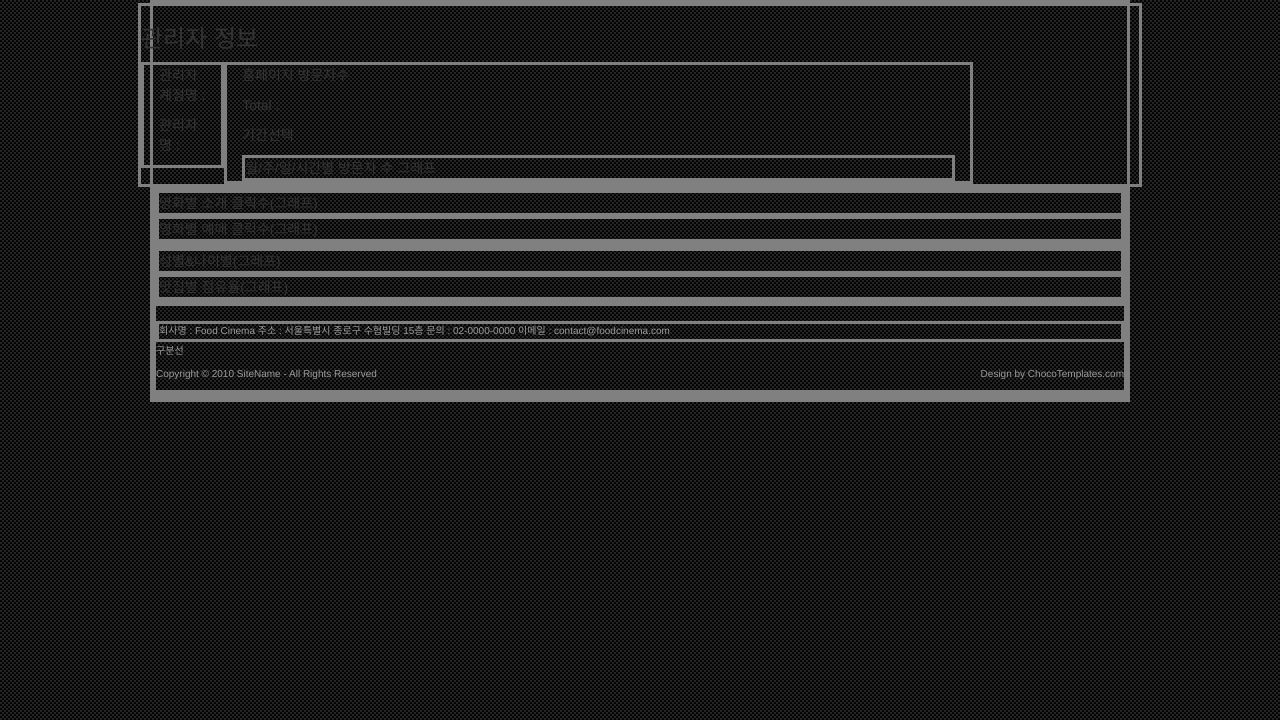
Repository: fhwang2/WEB
Page: http://localhost/FoodCinema/admin.jsp
An editor plug-in stored every save of this project. The page is shown before and after the next save, followed by the edit.
The browser window is 1280 px wide. The pictures show the whole page.
The page is served by Tomcat 9.

Above is the page before, as saved 2019-07-11 09:25:45.

### FoodCinema/WebContent/admin.jsp
<%@ page language="java" contentType="text/html; charset=UTF-8"
	pageEncoding="UTF-8"%>
<!DOCTYPE html>
<head>
<title>Food Cinema</title>
<meta http-equiv="Content-Type" content="text/html; charset=utf-8" />
<!-- css/style.css = moviehunter -->
<link rel="stylesheet" href="css/style.css" type="text/css" media="all" />
<!-- css/style.css = grid -->
<link rel="stylesheet"
	href="https://maxcdn.bootstrapcdn.com/bootstrap/3.4.0/css/bootstrap.min.css">
<script src="https://ajax.googleapis.com/ajax/libs/jquery/3.4.1/jquery.min.js"></script>
<script	src="https://maxcdn.bootstrapcdn.com/bootstrap/3.4.0/js/bootstrap.min.js"></script>
<script type="text/javascript" src="js/jquery-1.4.2.min.js"></script>
<script type="text/javascript" src="js/jquery-func.js"></script>

<style>

.adminTotal{
	display : grid;
}
div {
	border-style: solid;
	border-color: gray;
}

</style>

</head>
<body>
	<div id="shell">
		<!-- <div id="header">
			<h1 id="logo">
				<a href="#">FoodCinema</a>
			</h1>
		</div> -->
		<div id="admin_total" class="row">
			<h3>관리자 정보</h3>
			<div id="admin_info" class="col-sm-1">

				<p class="">
					관리자 계정명 :
					<%

				%>
				</p>
				<p>
					관리자명 :
					<%

				%>
				</p>
			</div>
			<div id="totalCnt" class="col-sm-9">
				<p>홈페이지 방문자수</p>
				<p>
					Total :
					<%

				%>
				</p>
				<p>기간선택</p>
				<div id="visitor">월/주/일/시간별 방문자 수 그래프</div>
			</div>
		</div>
		<div id="movie_stat">
			<div id="movie_info_count">영화별 소개 클릭수(그래프)</div>
			<div id="movie_ing_count">영화별 예매 클릭수(그래프)</div>
		</div>
		<div id="matzip_stat">
			<div id="matzip_sex+age">성별&나이별(그래프)</div>
			<div id="matzip_share">맛집별 점유율(그래프)</div>
		</div>
		<div id="footer">
			<div id="companyInfo">
				회사명 : Food Cinema
				주소 : 서울특별시 종로구 수협빌딩 15층
				문의 : 02-0000-0000
				이메일 : contact@foodcinema.com
			</div>
			<p>구분선</p>
			<p class="lf">
				Copyright &copy; 2010 <a href="#">SiteName</a> - All Rights Reserved
			</p>
			<p class="rf">
				Design by <a href="http://chocotemplates.com/">ChocoTemplates.com</a>
			</p>
			<div style="clear: both;"></div>
		</div>
	</div>
</body>
</html>

### FoodCinema/WebContent/css/style.css
* {
	margin:0;
	padding:0;
	outline:0;
}
body {
	font-size:12px;
	line-height:1.3;
	font-family:Arial, Helvetica, Sans-Serif;
	color: red;
	background:url('images/body-bg.gif');
}
a {
	color:#e7b038;
	text-decoration:underline;
	cursor:pointer;
}
a:hover {
	text-decoration:none;
}
a img {
	border:0;
}
input, textarea, select {
	font-size:12px;
	font-family:Arial, Helvetica, sans-serif;
}
textarea {
	overflow:auto;
}
.cl {
	display:block;
	height:0;
	font-size:0;
	line-height:0;
	text-indent:-4000px;
	clear:both;
}
.notext {
	font-size:0;
	line-height:0;
	text-indent:-4000px;
}
.left, .alignleft {
	float:left;
	display:inline;
}
.right, .alignright {
	float:right;
	display:inline;
}
.text-right {
	text-align:right;
}
h2 {
	font-size:10px;
	color:#f2a223;
	font-weight:bold;
}
h3 {
	font-size:14px;
	color:#fff;
	font-weight:bold;
}
h4 {
	font-size:14px;
	color:#f3b12b;
	font-weight:bold;
}
#shell {
	width:980px;
	margin:0 auto;
}
#header {
	position:relative;
}
h1#logo {
	position:absolute;
	top:37px;
	left:0;
}
h1#logo a {
	float:left;
	width:239px;
	height:49px;
	background:url('images/logo.gif') no-repeat 0 0;
	font-size:0;
	line-height:0;
	text-indent:-4000px;
}
.social {
	float:right;
	width:160px;
	padding-top:11px;
}
.social span {
	float:left;
	display:inline;
	font-size:10px;
	color:#9f9f9f;
	line-height:16px;
	padding-right:5px;
}
.social ul {
	list-style:none;
}
.social ul li {
	float:left;
	display:inline;
	width:16px;
	padding-right:2px;
}
.social ul li a {
	float:left;
	display:inline;
	width:16px;
	height:16px;
	background:url('images/social.gif') no-repeat 0 0;
	font-size:0;
	line-height:0;
	text-indent:-4000px;
}
.social ul li a.facebook {
	background-position:-18px 0;
}
.social ul li a.vimeo {
	background-position:-36px 0;
}
.social ul li a.rss {
	background-position:-54px 0;
}
#navigation {
	float:right;
	clear:right;
	padding-top:28px;
	padding-bottom:47px;
}
#navigation ul {
	list-style:none;
}
#navigation ul li {
	float:left;
	display:inline;
	padding-left:29px;
}
#navigation ul li a {
	font-size:14px;
	font-weight:bold;
	color:#fff;
	text-decoration:none;
}
#navigation ul li a.active, #navigation ul li a:hover {
	color:#d91d2a;
}
#sub-navigation {
	display:block;
	clear:right;
	border-top:1px dashed #666;
	border-bottom:1px dashed #666;
	padding:8px 0;
}
#sub-navigation ul {
	list-style:none;
}
#sub-navigation ul li {
	float:left;
	display:inline;
	padding-right:23px;
}
#sub-navigation ul li a {
	font-size:14px;
	font-weight:bold;
	color:#fff;
	line-height:24px;
	text-decoration:none;
}
#sub-navigation ul li a:hover {
	text-decoration:underline;
}
#search {
	width:346px;
	margin:0 0 0 auto;
}
#search label {
	float:left;
	display:inline;
	font-size:14px;
	font-weight:bold;
	color:#fff;
	line-height:24px;
	padding-right:6px;
}
#search .search-field {
	width:238px;
	border:1px solid #413e3e;
	background:#000;
	color:#787878;
	padding:2px 0 2px 2px;
}
#search .search-button {
	font-size:14px;
	font-weight:bold;
	border:0;
	background:none;
	color:#fff;
	cursor:pointer;
}
#main {
	border-bottom:1px dashed #413e3e;
}
#content {
}
.box {
	width:980px;
	border-bottom:1px dashed #413e3e;
	padding-bottom:21px;
}
.box .head {
	width:980px;
	padding-top:14px;
	padding-bottom:11px;
}
.box .head h2 {
	float:left;
	display:inline;
}
.box .movie {
	width:152px;
	float:left;
	padding-right:12px;
}
.movie-image {
	float:left;
	width:152px;
	height:214px;
	position:relative;
}
.movie-image img {
	width:152px;
	height:214px;
}
.movie-image a {
	float:left;
	display:inline;
	width:152px;
	height:214px;
	position:relative;
	z-index:2;
}
.play {
	position:absolute;
	top:0;
	left:0;
	width:152px;
	height:214px;
	background:url('images/image-hover.png');
	display:block;
	z-index:5;
	cursor:pointer;
	display:none;
}
.movie span.name {
	font-weight:bold;
	color:#fff;
	font-size:14px;
	text-align:center;
	padding-top:160px;
	display:block;
}
.box .last {
	padding:0;
}
.rating {
	float:left;
	width:152px;
	padding-top:8px;
}
.rating p {
	float:left;
	font-size:10px;
	color:#fff;
	font-weight:bold;
}
.rating .stars {
	float:left;
	width:60px;
	height:11px;
	background:url('images/stars.gif') no-repeat 0 0;
	margin-left:2px;
}
.rating .stars-in {
	width:48px;
	display:inline;
	background:url('images/stars.gif') no-repeat 0 bottom;
	position:absolute;
	height:11px;
	font-size:0;
	line-height:0;
	text-indent:-4000px;
}
.comments {
	background:url('images/comments.gif') no-repeat 0 center;
	padding-left:12px;
	float:right;
}
#news {
	width:460px;
	float:left;
}
#news .head {
	width:460px;
	padding-top:11px;
	padding-bottom:14px;
}
#news h3, #coming h3 {
	float:left;
}
#coming {
	width:490px;
	float:left;
	padding-left:30px;
}
#coming .head {
	width:490px;
	padding-top:11px;
	padding-bottom:14px;
}
#coming .head strong {
	color:#ff361a;
}
#coming .content {
	min-height:130px;
	height:auto !important;
	height:130px;
	padding-bottom:20px;
}
#coming .content h4 {
	padding-bottom:3px;
}
.content {
	padding-bottom:28px;
}
.content .date {
	font-size:10px;
	color:#fff;
}
.content img {
	float:left;
	width:68px;
	padding-right:8px;
}
.content p {
	font-size:13px;
	color:#fff;
	line-height:16px;
}
.content a {
	font-size:11px;
}
#footer {
	padding:15px 0 0 0;
	font-size:10px;
}
#footer, #footer a {
	color:#9c9c9c;
	text-decoration:none;
}
#footer a:hover {
	text-decoration:none;
}
#footer p {
	margin:0;
	padding:0 0 11px 0;
	line-height:normal;
	white-space:nowrap;
}
#footer .lf {
	float:left;
}
#footer .rf {
	float:right;
}

Loaded but not shown: FoodCinema/WebContent/js/jquery-1.4.2.min.js (library); FoodCinema/WebContent/js/jquery-func.js (common file)

After the next save:
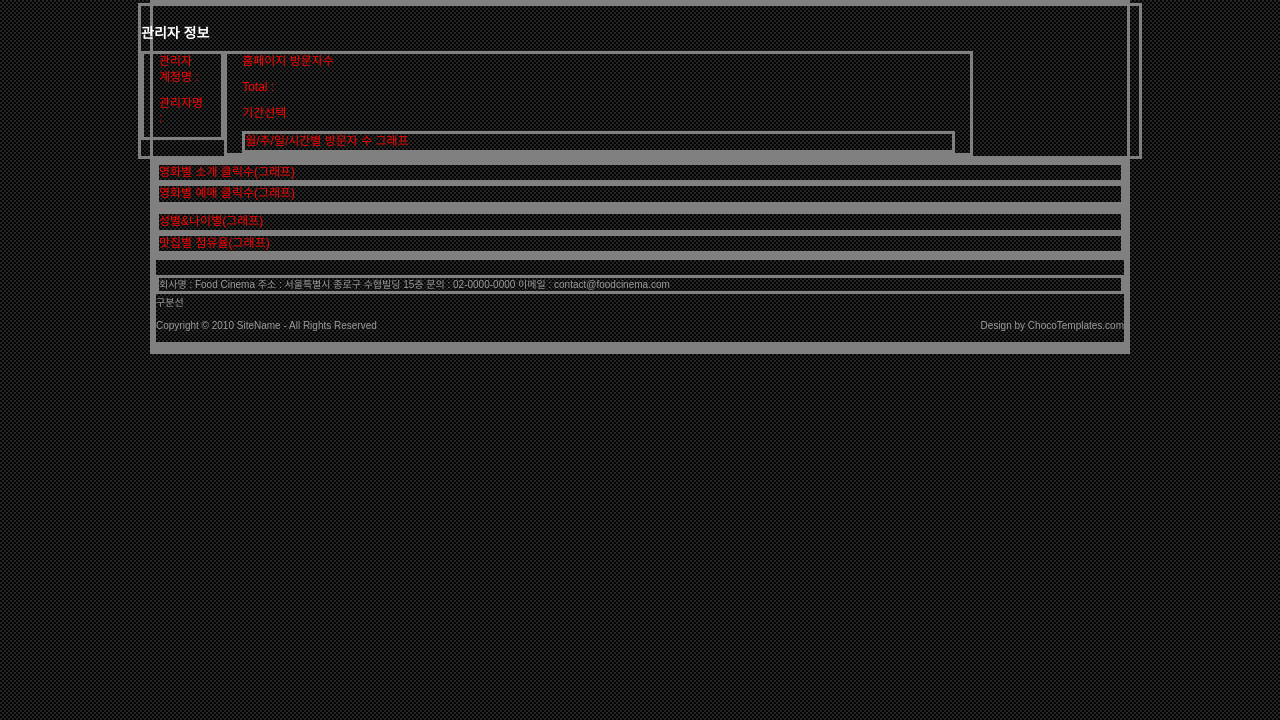
Saved 31 s later.
--- a/FoodCinema/WebContent/admin.jsp
+++ b/FoodCinema/WebContent/admin.jsp
@@ -4,11 +4,11 @@
 <head>
 <title>Food Cinema</title>
 <meta http-equiv="Content-Type" content="text/html; charset=utf-8" />
+
+<!-- css/style.css = grid -->
+<link rel="stylesheet" href="https://maxcdn.bootstrapcdn.com/bootstrap/3.4.0/css/bootstrap.min.css">
 <!-- css/style.css = moviehunter -->
 <link rel="stylesheet" href="css/style.css" type="text/css" media="all" />
-<!-- css/style.css = grid -->
-<link rel="stylesheet"
-	href="https://maxcdn.bootstrapcdn.com/bootstrap/3.4.0/css/bootstrap.min.css">
 <script src="https://ajax.googleapis.com/ajax/libs/jquery/3.4.1/jquery.min.js"></script>
 <script	src="https://maxcdn.bootstrapcdn.com/bootstrap/3.4.0/js/bootstrap.min.js"></script>
 <script type="text/javascript" src="js/jquery-1.4.2.min.js"></script>
